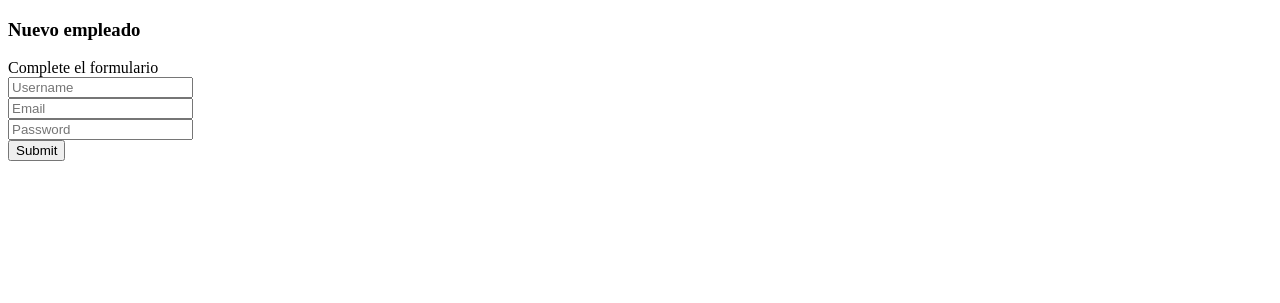
Repository: Julio-Sama/jacquis_system
Page: src/main/resources/templates/nuevo_empleado.html
These files come from the project's save history. The page is drawn as it stood at one moment and after the next save; the edit follows.
The browser window is 1280 px wide. The pictures show the whole page.

Above is the page before, as saved 2023-10-02 06:34:28.

### src/main/resources/templates/nuevo_empleado.html
<!DOCTYPE html>
<html lang="es" xmlns:th="https://www.thymeleaf.org">

<head>
    <meta charset="UTF-8">
</head>

<body>
    <div th:fragment="contenido" class="container-fluid">
        <!-- AQUI VA LA TABLA -->
        <div class="row">
            <div class="col-md-12">
                <!-- DATA TABLE -->
                <!-- Pongo el breadcrumbs? -->
                <h3 class="title-5 m-b-25">Nuevo empleado</h3>

                <!-- Formulario de registro de nuevo empleado -->
                <div class="col-lg-6">
                    <div class="card">
                        <div class="card-header">Complete el formulario</div>
                        <div class="card-body card-block">
                            <form action="" method="post" class=""> <!-- Se completa con thymeleaf -->
                                <div class="form-group">
                                    <div class="input-group">
                                        <div class="input-group-addon">
                                            <i class="fa fa-user"></i>
                                        </div>
                                        <input type="text" id="username" name="username" placeholder="Username"
                                            class="form-control">
                                    </div>
                                </div>
                                <div class="form-group">
                                    <div class="input-group">
                                        <div class="input-group-addon">
                                            <i class="fa fa-envelope"></i>
                                        </div>
                                        <input type="email" id="email" name="email" placeholder="Email"
                                            class="form-control">
                                    </div>
                                </div>
                                <div class="form-group">
                                    <div class="input-group">
                                        <div class="input-group-addon">
                                            <i class="fa fa-asterisk"></i>
                                        </div>
                                        <input type="password" id="password" name="password" placeholder="Password"
                                            class="form-control">
                                    </div>
                                </div>
                                <div class="form-actions form-group">
                                    <button type="submit" class="btn btn-success btn-sm">Submit</button>
                                </div>
                            </form>
                        </div>
                    </div>
                </div>
            </div>
        </div>
</body>

</html>

After the next save:
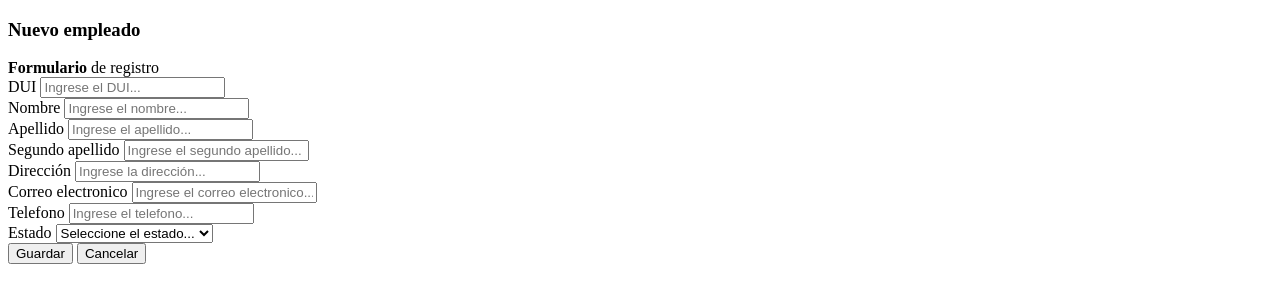
Saved 37 min 5 s later.
--- a/src/main/resources/templates/nuevo_empleado.html
+++ b/src/main/resources/templates/nuevo_empleado.html
@@ -15,43 +15,59 @@
                 <h3 class="title-5 m-b-25">Nuevo empleado</h3>
 
                 <!-- Formulario de registro de nuevo empleado -->
-                <div class="col-lg-6">
-                    <div class="card">
-                        <div class="card-header">Complete el formulario</div>
-                        <div class="card-body card-block">
-                            <form action="" method="post" class=""> <!-- Se completa con thymeleaf -->
-                                <div class="form-group">
-                                    <div class="input-group">
-                                        <div class="input-group-addon">
-                                            <i class="fa fa-user"></i>
-                                        </div>
-                                        <input type="text" id="username" name="username" placeholder="Username"
-                                            class="form-control">
-                                    </div>
-                                </div>
-                                <div class="form-group">
-                                    <div class="input-group">
-                                        <div class="input-group-addon">
-                                            <i class="fa fa-envelope"></i>
-                                        </div>
-                                        <input type="email" id="email" name="email" placeholder="Email"
-                                            class="form-control">
-                                    </div>
-                                </div>
-                                <div class="form-group">
-                                    <div class="input-group">
-                                        <div class="input-group-addon">
-                                            <i class="fa fa-asterisk"></i>
-                                        </div>
-                                        <input type="password" id="password" name="password" placeholder="Password"
-                                            class="form-control">
-                                    </div>
-                                </div>
-                                <div class="form-actions form-group">
-                                    <button type="submit" class="btn btn-success btn-sm">Submit</button>
-                                </div>
-                            </form>
-                        </div>
+                <div class="card">
+                    <div class="card-header">
+                        <strong>Formulario</strong> de registro
+                    </div>
+                    <div class="card-body card-block">
+                        <form action="" method="post" class="">
+                            <div class="form-group">
+                                <label for="dui" class="form-control-label"> DUI </label> <!-- Documento Unico de Identidad-->
+                                <input type="text" name="dui" id="dui" placeholder="Ingrese el DUI..." class="form-control">
+                            </div>
+                            <div class="form-group">
+                                <label for="nombre" class=" form-control-label">Nombre</label>
+                                <input type="text" name="nombre" id="nombre" placeholder="Ingrese el nombre..." class="form-control">
+                                <!-- <input type="email" id="nf-email" name="nf-email" placeholder="Enter Email.." class="form-control"> -->
+                                <!-- <span class="help-block">Please enter your email</span> -->
+                            </div>
+                            <div class="form-group">
+                                <label for="apellido" class=" form-control-label">Apellido</label>
+                                <input type="text" name="apellido" id="apellido" placeholder="Ingrese el apellido..." class="form-control">
+                            </div>
+                            <div class="form-group">
+                                <label for="apellido2" class="form-control-label">Segundo apellido</label>
+                                <input type="text" name="apellido2" id="apellido2" placeholder="Ingrese el segundo apellido..." class="form-control">
+                            </div>
+                            <div class="form-group">
+                                <label for="direccion" class=" form-control-label">Dirección</label>
+                                <input type="text" name="direccion" id="direccion" placeholder="Ingrese la dirección..." class="form-control">
+                            </div>
+                            <div class="form-group">
+                                <label for="correo" class="form-control-label"> Correo electronico</label>
+                                <input type="email" name="correo" id="correo" placeholder="Ingrese el correo electronico..." class="form-control">
+                            </div>
+                            <div class="form-group">
+                                <label for="telefono" class="form-control-label"> Telefono</label>
+                                <input type="text" name="telefono" id="telefono" placeholder="Ingrese el telefono..." class="form-control">
+                            </div>
+                            <div class="form-group">
+                                <label for="estado" class="form-control-label">Estado</label>
+                                <select name="estado" id="estado" class="form-control">
+                                    <option value="0">Seleccione el estado...</option>
+                                    <option value="ACTIVO">Activo</option>
+                                    <option value="INACTIVO">Inactivo</option>
+                                </select>
+                            </div>
+                        </form>
+                    </div>
+                    <div class="card-footer">
+                        <button type="submit" class="btn btn-primary btn-sm">
+                            <i class="fa fa-dot-circle-o"></i> Guardar
+                        </button>
+                        <button type="reset" class="btn btn-danger btn-sm">
+                            <i class="fa fa-ban"></i> Cancelar
+                        </button>
                     </div>
                 </div>
             </div>
